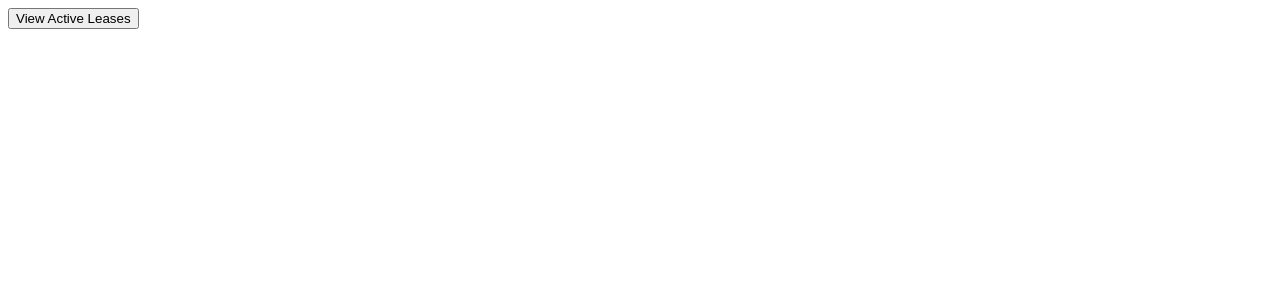
Repository: NirmalyaSatapathy/NirmalyaSatapathyProjects
Page: CarRental/CarRental/src/main/webapp/activeLeases.html
An editor plug-in stored every save of this project. The page is shown before and after the next save, followed by the edit.
The browser window is 1280 px wide. The pictures show the whole page.

Above is the page before, as saved 2025-05-04 14:20:43.

### CarRental/CarRental/src/main/webapp/activeLeases.html
<!DOCTYPE html>
<html>
<head>
<meta charset="UTF-8">
<title>Insert title here</title>
</head>
<body>
	<form action="ShowActiveLeases" method="post">
        <button type="submit">View Active Leases</button>
    </form>
</body>
</html>

After the next save:
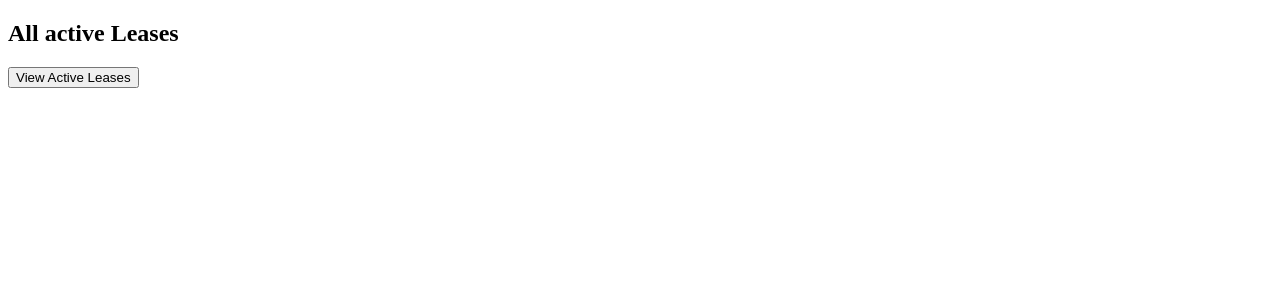
Saved 39 s later.
--- a/CarRental/CarRental/src/main/webapp/activeLeases.html
+++ b/CarRental/CarRental/src/main/webapp/activeLeases.html
@@ -5,6 +5,7 @@
 <title>Insert title here</title>
 </head>
 <body>
+<h2>All active Leases</h2>
 	<form action="ShowActiveLeases" method="post">
         <button type="submit">View Active Leases</button>
     </form>
